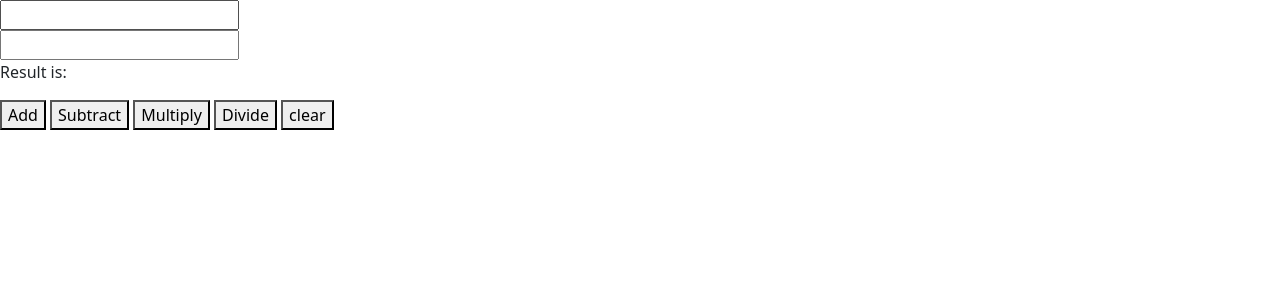
Repository: SHASHIDHAR-as/Spring
Page: spring-jsp-servelets/webapp/Webapp1/src/main/webapp/Calculator.html
An editor plug-in stored every save of this project. The page is shown before and after the next save, followed by the edit.
The browser window is 1280 px wide. The pictures show the whole page.

Above is the page before, as saved 2024-07-31 06:10:07.

### spring-jsp-servelets/webapp/Webapp1/src/main/webapp/Calculator.html
<!DOCTYPE html>
<html>
<head>
<meta charset="UTF-8">
<title>Calculator</title>
 <!-- Bootstrap CSS -->
    <link href="https://cdn.jsdelivr.net/npm/bootstrap@5.0.2/dist/css/bootstrap.min.css" rel="stylesheet" integrity="sha384-EVSTQN3/azprG1Anm3QDgpJLIm9Nao0Yz1ztcQTwFspd3yD65VohhpuuCOmLASjC" crossorigin="anonymous">

<script src="Scripts/calcscript.js"></script>
</head>
<body>
<input type="text" id="num1"><br>
<input type="text" id="num2"><br>
<p id="result">Result is: </p>
<button onclick="calculate('A')">Add</button>
<button onclick="calculate('S')">Subtract</button>
<button onclick="calculate('M')">Multiply</button>
<button onclick="calculate('D')">Divide</button>
<button onclick="clearvalue()">clear</button>
</body>
</html>

### spring-jsp-servelets/webapp/Webapp1/src/main/webapp/Scripts/calcscript.js
/**
 *

function add(){
    var num1 = parseFloat(document.getElementById("num1").value);
    var num2 = parseFloat(document.getElementById("num2").value);
    document.getElementById("result").innerHTML=" Result is :"+(num1+num2);
    alert(num1 + num2);
}
function sub(){
    var num1 = parseFloat(document.getElementById("num1").value);
    var num2 = parseFloat(document.getElementById("num2").value);
    document.getElementById("result").innerHTML=" Result is :"+(num1-num2);
    alert(num1 - num2);
}
 */


 function calculate(option){
	var num1 = parseFloat(document.getElementById("num1").value);
    var num2 = parseFloat(document.getElementById("num2").value);
    if(isNaN(num1) ||isNaN(num2)){
		alert("Please enter proper values");
		return
	}
	switch(option){
		case 'A':result=num1+num2;
				break;

    	case 'S':
			   result=num1-num2;
				break;
    	case 'M':
			    result=num1*num2;
				break;
    	case 'D':
			    result=num1/num2;
				break;
	}
	document.getElementById("result").innerHTML=" Result is :"+result;
    			alert(result);



 }

 function clearvalue(){
  document.getElementById("num1").value="";
   document.getElementById("num2").value="";
    document.getElementById("result").innerHTML="";

}

After the next save:
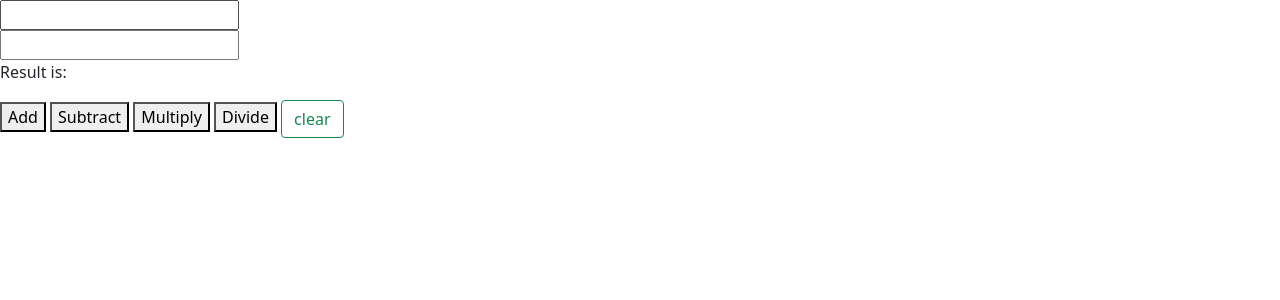
Saved 48 s later.
--- a/spring-jsp-servelets/webapp/Webapp1/src/main/webapp/Calculator.html
+++ b/spring-jsp-servelets/webapp/Webapp1/src/main/webapp/Calculator.html
@@ -16,6 +16,6 @@
 <button onclick="calculate('S')">Subtract</button>
 <button onclick="calculate('M')">Multiply</button>
 <button onclick="calculate('D')">Divide</button>
-<button onclick="clearvalue()">clear</button>
+<button  class="btn btn-outline-success" onclick="clearvalue()">clear</button>
 </body>
 </html>
